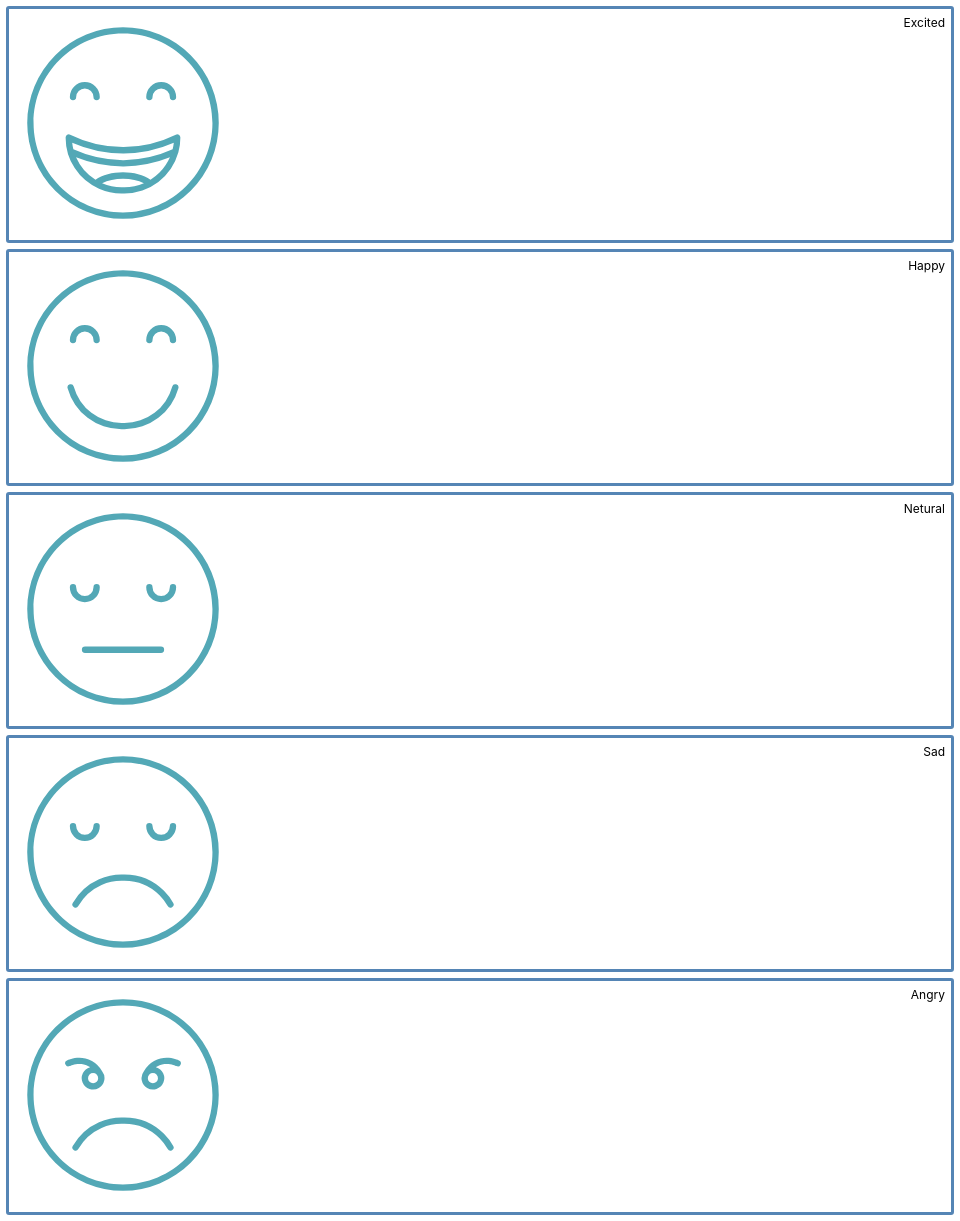
Repository: majakesin/moodify-app
Page: /
An editor plug-in stored every save of this project. The page is shown before and after the next save, followed by the edit.
The browser window is 1280 px wide. The pictures show the whole page, at 75% of full size.
The project was rebuilt for these pictures with package versions that can differ from the ones it lists, and the page was loaded fresh each time.

Above is the page before, as saved 2023-08-21 11:46:33.

### public/index.html
<!DOCTYPE html>
<html lang="en">
  <head>
    <meta charset="utf-8" />
    <link rel="icon" href="%PUBLIC_URL%/logo.svg" />
    <meta name="viewport" content="width=device-width, initial-scale=1" />
    <meta name="theme-color" content="#000000" />
    <meta
      name="description"
      content="Moodify -- App that gives yours ears the best music based on your mood"
    />
    <link rel="apple-touch-icon" href="%PUBLIC_URL%/logo.svg" />
    <!--
      manifest.json provides metadata used when your web app is installed on a
      user's mobile device or desktop. See https://developers.google.com/web/fundamentals/web-app-manifest/
    -->
    <link rel="manifest" href="%PUBLIC_URL%/manifest.json" />
    <!--
      Notice the use of %PUBLIC_URL% in the tags above.
      It will be replaced with the URL of the `public` folder during the build.
      Only files inside the `public` folder can be referenced from the HTML.

      Unlike "/favicon.ico" or "favicon.ico", "%PUBLIC_URL%/favicon.ico" will
      work correctly both with client-side routing and a non-root public URL.
      Learn how to configure a non-root public URL by running `npm run build`.
    -->
    <title>Moodify</title>
  </head>
  <body>
    <noscript>You need to enable JavaScript to run this app.</noscript>
    <div id="root"></div>
    <!--
      This HTML file is a template.
      If you open it directly in the browser, you will see an empty page.

      You can add webfonts, meta tags, or analytics to this file.
      The build step will place the bundled scripts into the <body> tag.

      To begin the development, run `npm start` or `yarn start`.
      To create a production bundle, use `npm run build` or `yarn build`.
    -->
  </body>
</html>

### src/App.js
import './App.css';
import {moods}  from 'src/data/moods'
import Mood from './components/Mood';

function App() {
  return (
    <div className="App">
      {moods.map(({type,icon}) => {
        return (<Mood type={type} icon={icon} />)
      })}
    </div>
  );
}

export default App;

### src/data/moods.js
export const moods = [
    {
        type: 'Excited',
        icon: <svg id="SvgjsSvg1081" width="288" height="288" xmlns="http://www.w3.org/2000/svg" version="1.1" xmlnsXlink="http://www.w3.org/1999/xlink" xmlnsSvgjs="http://svgjs.com/svgjs">
                <defs id="SvgjsDefs1082"></defs>
                <g id="SvgjsG1083">
                    <svg xmlns="http://www.w3.org/2000/svg" data-name="Layer 1" viewBox="0 0 512 512" width="288" height="288">
                        <path fill="currentcolor" d="M416.51318,95.48682A226.99992,226.99992,0,1,0,95.48682,416.51318,226.99992,226.99992,0,1,0,416.51318,95.48682ZM256,468C139.103,468,44,372.897,44,256S139.103,44,256,44s212,95.103,212,212S372.897,468,256,468ZM137.5,202a7.50006,7.50006,0,0,0,7.5-7.5,20.5,20.5,0,0,1,41,0,7.5,7.5,0,0,0,15,0,35.5,35.5,0,0,0-71,0A7.50006,7.50006,0,0,0,137.5,202Zm181,0a7.50006,7.50006,0,0,0,7.5-7.5,20.5,20.5,0,0,1,41,0,7.5,7.5,0,0,0,15,0,35.5,35.5,0,0,0-71,0A7.50006,7.50006,0,0,0,318.5,202Zm69.95947,82.13037a7.49875,7.49875,0,0,0-7.27832-.356A284.51645,284.51645,0,0,1,257.5,313h-1.48a284.55042,284.55042,0,0,1-125.2002-29.2251A7.4999,7.4999,0,0,0,120,290.5a132.31839,132.31839,0,0,0,79.15625,121.32324A131.47888,131.47888,0,0,0,252.5,423h7a132.5854,132.5854,0,0,0,127.794-97.37988A133.06894,133.06894,0,0,0,392,290.5,7.5003,7.5003,0,0,0,388.45947,284.13037ZM259.5,408h-7a116.58888,116.58888,0,0,1-46.02222-9.36157C219.72205,391.8783,237.33752,388,256.002,388c18.66236,0,36.27466,3.87708,49.51734,10.63538A116.56076,116.56076,0,0,1,259.5,408Zm83.08691-34.41309a117.56809,117.56809,0,0,1-21.38024,16.93219C305.07166,379.48517,281.17847,373,256.002,373c-25.18383,0-49.0852,6.48932-65.22168,17.52966a116.81051,116.81051,0,0,1-46.07495-53.13611,299.90773,299.90773,0,0,0,111.31323,21.61036c.5044,0,1.01612-.00147,1.52051-.00391A300.023,300.023,0,0,0,367.2478,337.40454,117.86031,117.86031,0,0,1,342.58691,373.58691ZM373.6593,318.347A284.8703,284.8703,0,0,1,257.46094,344c-.49219.00293-.97412.00391-1.46387.00391a284.90227,284.90227,0,0,1-117.65942-25.65967,117.74477,117.74477,0,0,1-2.72388-15.77832A299.64178,299.64178,0,0,0,256.02,328h1.519a299.80874,299.80874,0,0,0,118.84668-25.43555A117.6884,117.6884,0,0,1,373.6593,318.347Z" class="color2c2b2d svgShape"></path>
                    </svg>
                </g>
             </svg>
    },
    {
        type: 'Happy',
        icon: <svg id="SvgjsSvg1102" width="288" height="288" xmlns="http://www.w3.org/2000/svg" version="1.1" xmlnsXlink="http://www.w3.org/1999/xlink" xmlnsSvgjs="http://svgjs.com/svgjs">
                <defs id="SvgjsDefs1103"></defs>
                <g id="SvgjsG1104">
                    <svg xmlns="http://www.w3.org/2000/svg" data-name="Layer 1" viewBox="0 0 512 512" width="288" height="288">
                        <path fill="currentcolor" d="M382.042,299.40674a7.496,7.496,0,0,0-9.21582,5.251A117.42927,117.42927,0,0,1,259.5,391h-7a117.41578,117.41578,0,0,1-113.32715-86.33447,7.49971,7.49971,0,1,0-14.46484,3.96875A132.417,132.417,0,0,0,252.5,406h7a132.58733,132.58733,0,0,0,127.793-97.37744A7.4999,7.4999,0,0,0,382.042,299.40674ZM416.51367,95.48682A227.00026,227.00026,0,0,0,95.48633,416.51318,227.00026,227.00026,0,0,0,416.51367,95.48682ZM256,468C139.10254,468,44,372.897,44,256S139.10254,44,256,44s212,95.103,212,212S372.89746,468,256,468ZM137.5,202a7.49974,7.49974,0,0,0,7.5-7.5,20.5,20.5,0,0,1,41,0,7.5,7.5,0,0,0,15,0,35.5,35.5,0,0,0-71,0A7.49974,7.49974,0,0,0,137.5,202Zm181,0a7.49974,7.49974,0,0,0,7.5-7.5,20.5,20.5,0,0,1,41,0,7.5,7.5,0,0,0,15,0,35.5,35.5,0,0,0-71,0A7.49974,7.49974,0,0,0,318.5,202Z" class="color2c2b2d svgShape"></path>
                    </svg>
                </g>
            </svg> ,
    },
    {
        type: 'Netural',
        icon: <svg id="SvgjsSvg1123" width="288" height="288" xmlns="http://www.w3.org/2000/svg" version="1.1" xmlnsXlink="http://www.w3.org/1999/xlink" xmlnsSvgjs="http://svgjs.com/svgjs">
                <defs id="SvgjsDefs1124"></defs>
                <g id="SvgjsG1125">
                    <svg xmlns="http://www.w3.org/2000/svg" data-name="Layer 1" viewBox="0 0 512 512" width="288" height="288">
                        <path fill="currentcolor" d="M201,204.5a7.5,7.5,0,0,0-15,0,20.5,20.5,0,0,1-41,0,7.5,7.5,0,0,0-15,0,35.5,35.5,0,0,0,71,0ZM374.5,197a7.50006,7.50006,0,0,0-7.5,7.5,20.5,20.5,0,0,1-41,0,7.5,7.5,0,0,0-15,0,35.5,35.5,0,0,0,71,0A7.50006,7.50006,0,0,0,374.5,197ZM416.51318,95.48682A226.99992,226.99992,0,1,0,95.48682,416.51318,226.99992,226.99992,0,1,0,416.51318,95.48682ZM256,468C139.103,468,44,372.897,44,256S139.103,44,256,44s212,95.103,212,212S372.897,468,256,468Zm90-123H166a7.5,7.5,0,0,0,0,15H346a7.5,7.5,0,0,0,0-15Z" class="color2c2b2d svgShape"></path>
                    </svg>
                </g>
            </svg>,
    },
    {
        type: 'Sad',
        icon: <svg id="SvgjsSvg1193" width="288" height="288" xmlns="http://www.w3.org/2000/svg" version="1.1" xmlnsXlink="http://www.w3.org/1999/xlink" xmlnsSvgjs="http://svgjs.com/svgjs">
                <defs id="SvgjsDefs1194"></defs>
                <g id="SvgjsG1195">
                    <svg xmlns="http://www.w3.org/2000/svg" data-name="Layer 1" viewBox="0 0 512 512" width="288" height="288">
                         <path fill="currentcolor" d="M165.5,230A35.54028,35.54028,0,0,0,201,194.5a7.5,7.5,0,0,0-15,0,20.5,20.5,0,0,1-41,0,7.5,7.5,0,0,0-15,0A35.54028,35.54028,0,0,0,165.5,230Zm209-43a7.50006,7.50006,0,0,0-7.5,7.5,20.5,20.5,0,0,1-41,0,7.5,7.5,0,0,0-15,0,35.5,35.5,0,0,0,71,0A7.50006,7.50006,0,0,0,374.5,187ZM353.19336,347.94678A132.16887,132.16887,0,0,0,259.5,309.14014h-7a131.47793,131.47793,0,0,0-53.34082,11.17529,133.55143,133.55143,0,0,0-62.24854,56.51221,7.50013,7.50013,0,0,0,13.07911,7.34472,118.4576,118.4576,0,0,1,55.21435-50.1289A116.57358,116.57358,0,0,1,252.5,324.14014h7a117.16738,117.16738,0,0,1,83.08691,34.41308,117.92616,117.92616,0,0,1,19.42432,25.62061,7.5,7.5,0,0,0,13.07715-7.34766A132.92018,132.92018,0,0,0,353.19336,347.94678Zm63.31982-252.46A226.99992,226.99992,0,1,0,95.48682,416.51318,226.99992,226.99992,0,1,0,416.51318,95.48682ZM256,468C139.103,468,44,372.897,44,256S139.103,44,256,44s212,95.103,212,212S372.897,468,256,468Z" class="color2c2b2d svgShape"></path>
                    </svg>
                </g>
            </svg>,
    },
    {
        type: 'Angry',
        icon: <svg id="SvgjsSvg1217" width="288" height="288" xmlns="http://www.w3.org/2000/svg" version="1.1" xmlnsXlink="http://www.w3.org/1999/xlink" xmlnSvgjs="http://svgjs.com/svgjs">
                <defs id="SvgjsDefs1218"></defs>
                     <g id="SvgjsG1219">
                        <svg xmlns="http://www.w3.org/2000/svg" data-name="Layer 1" viewBox="0 0 512 512" width="288" height="288">
                            <path fill="currentcolor" d="M353.19336,347.94629A132.1737,132.1737,0,0,0,259.5,309.13965h-7a131.5101,131.5101,0,0,0-53.3418,11.17578,133.55212,133.55212,0,0,0-62.24707,56.51172,7.49995,7.49995,0,0,0,13.07813,7.3457A118.46814,118.46814,0,0,1,205.20313,334.043,116.60013,116.60013,0,0,1,252.5,324.13965h7a117.16506,117.16506,0,0,1,83.08691,34.41406,117.92838,117.92838,0,0,1,19.42481,25.62012,7.49957,7.49957,0,1,0,13.07617-7.34766A132.91978,132.91978,0,0,0,353.19336,347.94629ZM416.51367,95.48682A227.00044,227.00044,0,0,0,95.48633,416.51367,227.00044,227.00044,0,0,0,416.51367,95.48682ZM256,468C139.10254,468,44,372.89746,44,256,44,139.103,139.10254,44,256,44s212,95.103,212,212C468,372.89746,372.89746,468,256,468ZM175.12207,188.29736c.96533.53955,1.88086,1.10938,2.769,1.69336a27.02454,27.02454,0,1,0,28.58863,9.52246,62.7776,62.7776,0,0,0-24.04029-24.31005c-27.82519-15.55176-56.1748-2.73292-59.31445-1.21973a7.49994,7.49994,0,1,0,6.50977,13.51367C132.05762,186.33057,153.91113,176.44189,175.12207,188.29736ZM185.12012,204a12,12,0,1,1-12,12A12.01344,12.01344,0,0,1,185.12012,204ZM388.875,173.9834c-3.1416-1.51367-31.49121-14.33447-59.31348,1.21924a62.778,62.778,0,0,0-24.04126,24.31054,26.989,26.989,0,1,0,28.58887-9.52234c.88843-.58435,1.804-1.15429,2.76978-1.694,21.21191-11.85743,43.06347-1.96631,45.48632-.79981A7.49994,7.49994,0,1,0,388.875,173.9834ZM338.87988,216a12,12,0,1,1-12-12A12.01343,12.01343,0,0,1,338.87988,216Z" class="color2c2b2d svgShape"></path>
                        </svg>
                    </g>
            </svg>
    }
]

### src/components/Mood/index.jsx
import styles from './index.module.css';

const Mood = (props) => {

    const {type, icon} = props;

    return (
        <div className={styles.card}>
          <div className={styles.icon}>
            {icon}
          </div>
          <div>
            {type}
        </div>
        </div>
    )
};

export default Mood;

### src/components/Mood/index.module.css

@import '../../styles/variables.css';

.card {
    border: 4px solid var(--first-color);
    border-radius: 4px;
    margin: 8px;
    padding: 8px;
    display: flex;
    justify-content: space-between;
}

.icon {
    color: var(--second-color);
}

### src/styles/variables.css
:root,
    :root.blue {
        --first-color: #5585b5;
        --second-color: #53a8b6;
        --third-color: #79c2d0;
        --fourth-color: #bbe4e9;
    }
    :root.rainbow {
        --first-color: #cbf078;
        --second-color: #f8f398;
        --third-color: #f1b963;
        --fourth-color: #e46161;
    }
    :root.pink {
        --first-color: #45171d;
        --second-color: #e84a5f;
        --third-color: #ff847c;
        --fourth-color: #fecea8;

    }

Loaded but not shown: src/index.js (common file); src/index.css (common file); src/reportWebVitals.js (common file); src/App.css (common file)

After the next save:
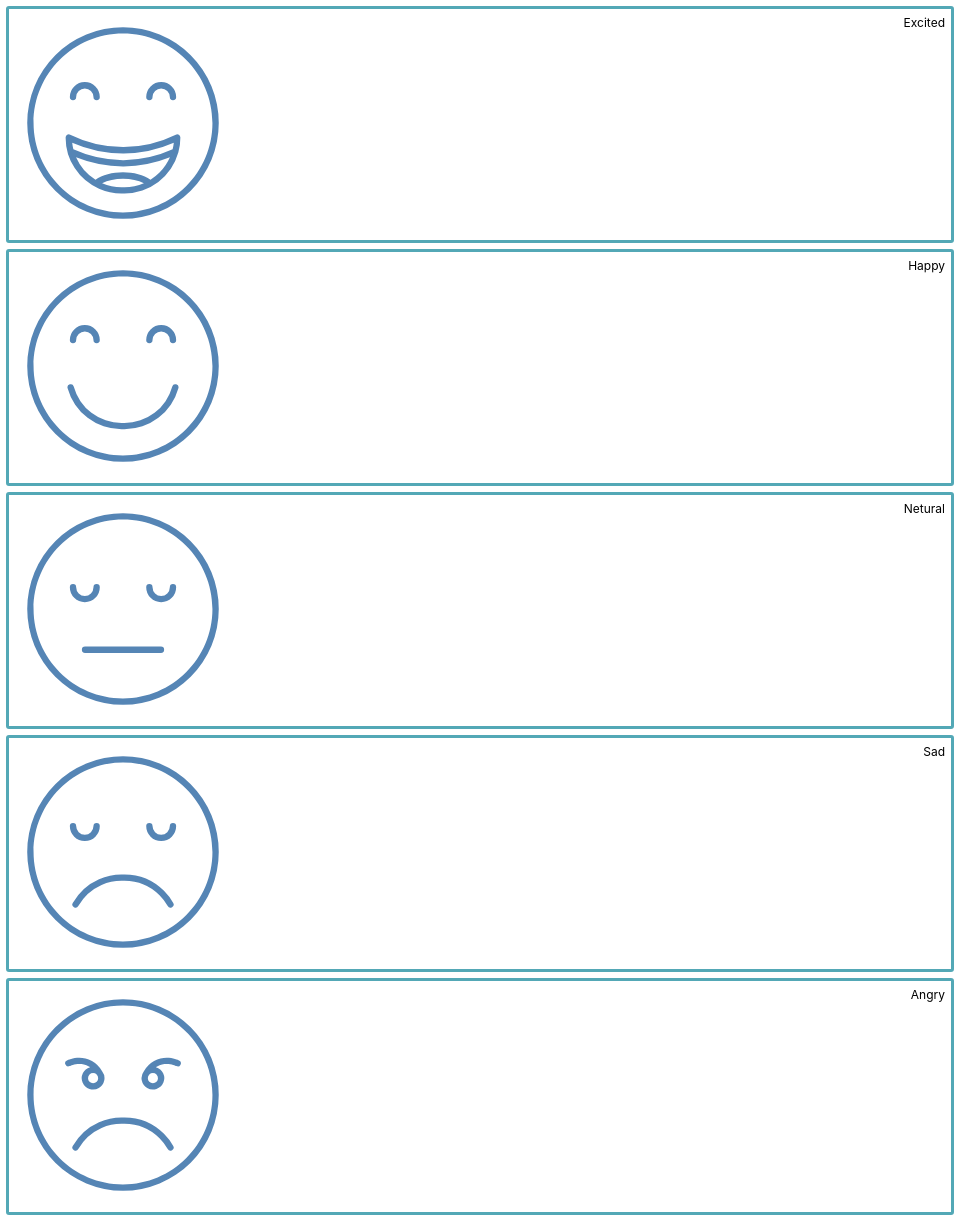
Saved 13 s later.
--- a/src/components/Mood/index.module.css
+++ b/src/components/Mood/index.module.css
@@ -2,7 +2,7 @@
 @import '../../styles/variables.css';
 
 .card {
-    border: 4px solid var(--first-color);
+    border: 4px solid var(--second-color);
     border-radius: 4px;
     margin: 8px;
     padding: 8px;
@@ -11,5 +11,5 @@
 }
 
 .icon {
-    color: var(--second-color);
+    color: var(--first-color);
 }
